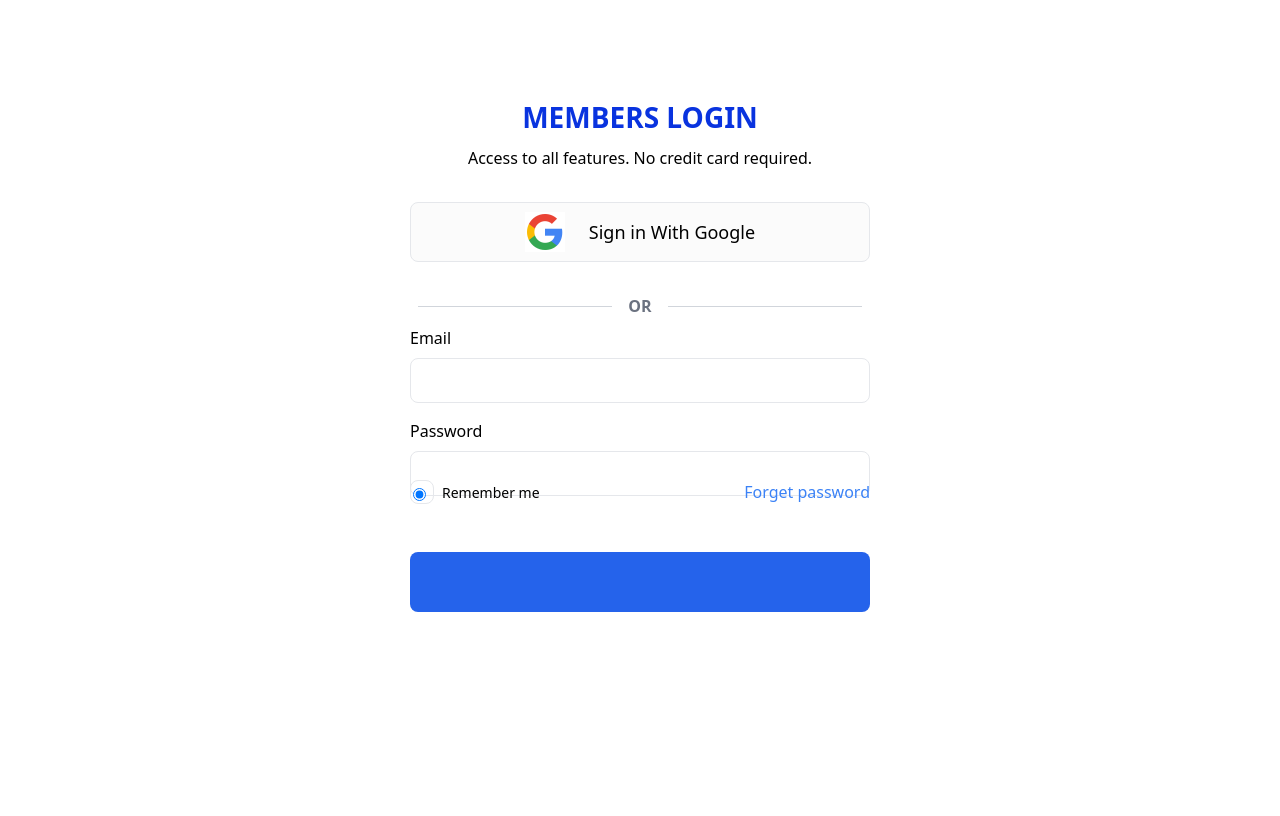
Repository: MaramMaryam/login
Page: login.html
These files come from the project's save history. The page is drawn as it stood at one moment and after the next save; the edit follows.
The browser window is 1280 px wide. The pictures show the whole page.
Some web libraries are served in a nearby version.

Above is the page before, as saved 2023-06-29 11:58:04.

### login.html
<!DOCTYPE html>
<html lang="en">

<head>
    <meta charset="UTF-8">
    <meta http-equiv="X-UA-Compatible" content="IE=edge">
    <meta name="viewport" content="width=device-width, initial-scale=1.0">
    <!-- <link href="https://cdn.jsdelivr.net/npm/tailwindcss@2.2.15/dist/tailwind.min.css" rel="stylesheet"> -->
    <script src="https://cdn.tailwindcss.com"></script>
    <title>Login</title>
</head>

<body>
    <section class="flex items-center flex-col min-h-screen mt-24 w-full max-w-[460px] text-left m-auto">
        <h2 class="text-[#0933DF] uppercase font-bold text-[28px]">
            <!-- Login Title -->
            MEMBERS LOGIN
        </h2>
        <p class="font-light mt-2">
            <!-- Login Description -->
            Access to all features. No credit card required.
        </p>
        <button
            class="w-full h-[60px] bg-[#FBFBFB] border border[#E3E3E3] rounded-lg flex items-center justify-center my-8">
            <!-- Google Icon (SVG or Image tag) -->
            <svg class="google-icon" xmlns="http://www.w3.org/2000/svg" xmlns:xlink="http://www.w3.org/1999/xlink"
                width="40" height="40" viewBox="0 0 40 40">
                <image id="g-logo" width="40" height="40"
                    xlink:href="data:[embedded picture, 2386 characters]">
                </image>
            </svg>
            <span class="text-lg font-light ml-6">
                <!-- Google Register Label -->
                Sign in With Google
            </span>
        </button>
        <div class="flex items-center w-full">
            <div class="flex-grow border-t border-gray-300 mx-2"></div>
            <span class="text-gray-500 mx-2 font-semibold">
                <!-- OR Text -->
                OR
            </span>
            <div class="flex-grow border-t border-gray-300 mx-2"></div>
        </div>
        <form class="w-full">
            <div class=" my-2">
                <div class="flex flex-col">
                    <label class="mb-2">Email</label>
                    <div class="flex bg-white items-center border border-alto-main rounded-[8px] h-[45px]">
                        <input class="bg-transparent border-none w-full h-full p-2 outline-none" />
                    </div>
                </div>
            </div>
            <div class="h-[45px] my-4">
                <div class="flex flex-col">
                    <label class="mb-2">Password</label>
                    <div class="flex bg-white items-center border border-alto-main rounded-[8px] h-[45px]">
                        <input class="bg-transparent border-none w-full h-full p-2 outline-none" />
                    </div>
                </div>
            </div>
            <div class="flex items-center justify-between my-4">

                    <div class="flex items-center">
                        <div
                            class="cursor-pointer outline-none w-[24px] h-[24px] border border-alto-main p-[2px] rounded-[8px]"
                        >
                            <div
                                class="w-full h-full rounded-[4px]"
                            >
                                <input className="hidden" type="radio" checked="checked" />
                            </div>
                        </div>
                            <label
                                htmlFor="radio-button"
                                class="ml-2 text-[14px] font-n"
                            >
                            Remember me
                            </label>

                    </div>

                <a href="/" class="text-blue-500">
                    Forget password
                </a>
            </div>
            <button class="h-[60px] w-full bg-blue-600 hover:opacity-80 mt-8 text-white uppercase rounded-lg" disabled>
                <!-- Login Label -->
            </button>
            <p class="my-8 font-light text-center">
                <!-- Have Account Text -->
                <a href="/register/create" class="text-blue-600 font-normal">
                    <!-- Create Account Label -->
                </a>
            </p>
        </form>
    </section>
</body>

</html>

After the next save:
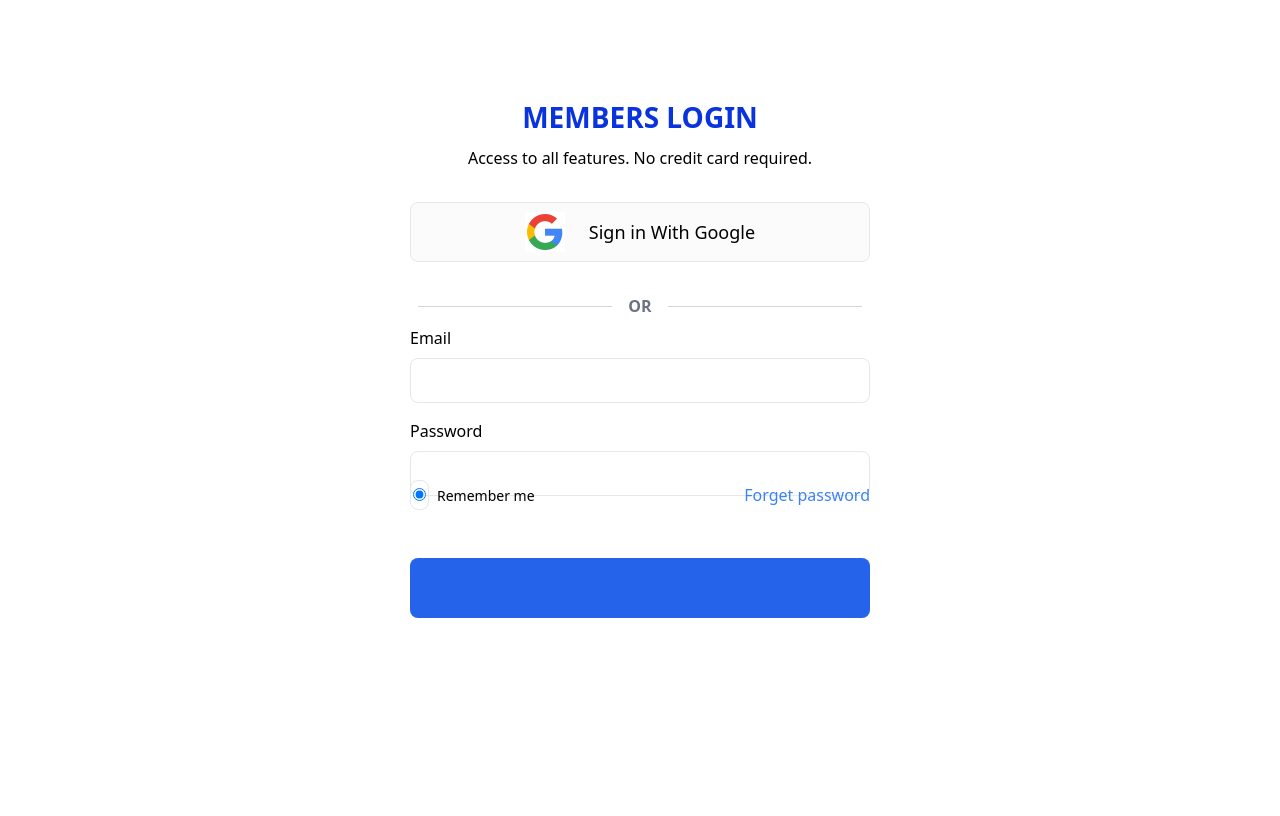
Saved 8 s later.
--- a/login.html
+++ b/login.html
@@ -63,7 +63,7 @@
 
                     <div class="flex items-center">
                         <div
-                            class="cursor-pointer outline-none w-[24px] h-[24px] border border-alto-main p-[2px] rounded-[8px]"
+                            class="cursor-pointer outline-none border border-alto-main p-[2px] rounded-[8px]"
                         >
                             <div
                                 class="w-full h-full rounded-[4px]"

After the save that followed:
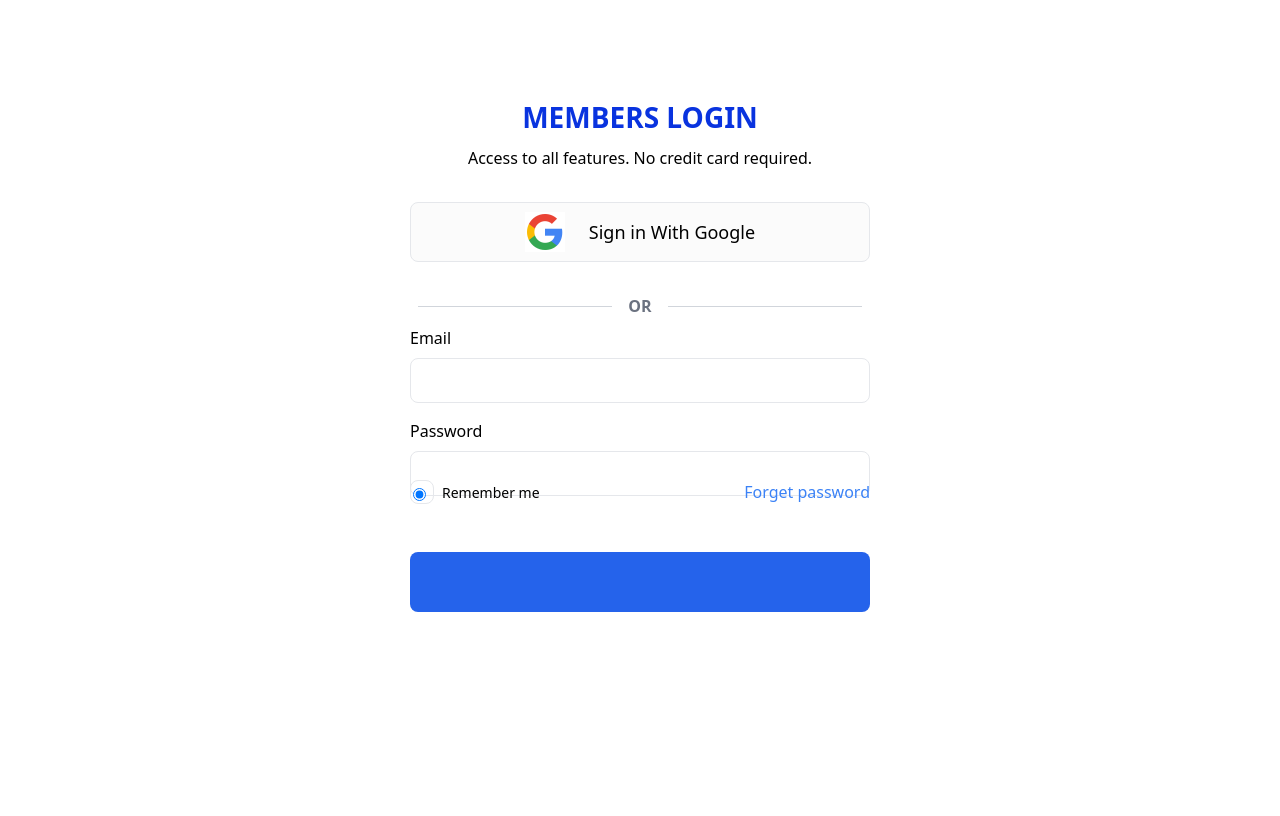
Saved 4 s later.
--- a/login.html
+++ b/login.html
@@ -63,7 +63,7 @@
 
                     <div class="flex items-center">
                         <div
-                            class="cursor-pointer outline-none border border-alto-main p-[2px] rounded-[8px]"
+                            class="cursor-pointer outline-none w-[24px] h-[24px] border border-alto-main p-[2px] rounded-[8px]"
                         >
                             <div
                                 class="w-full h-full rounded-[4px]"
